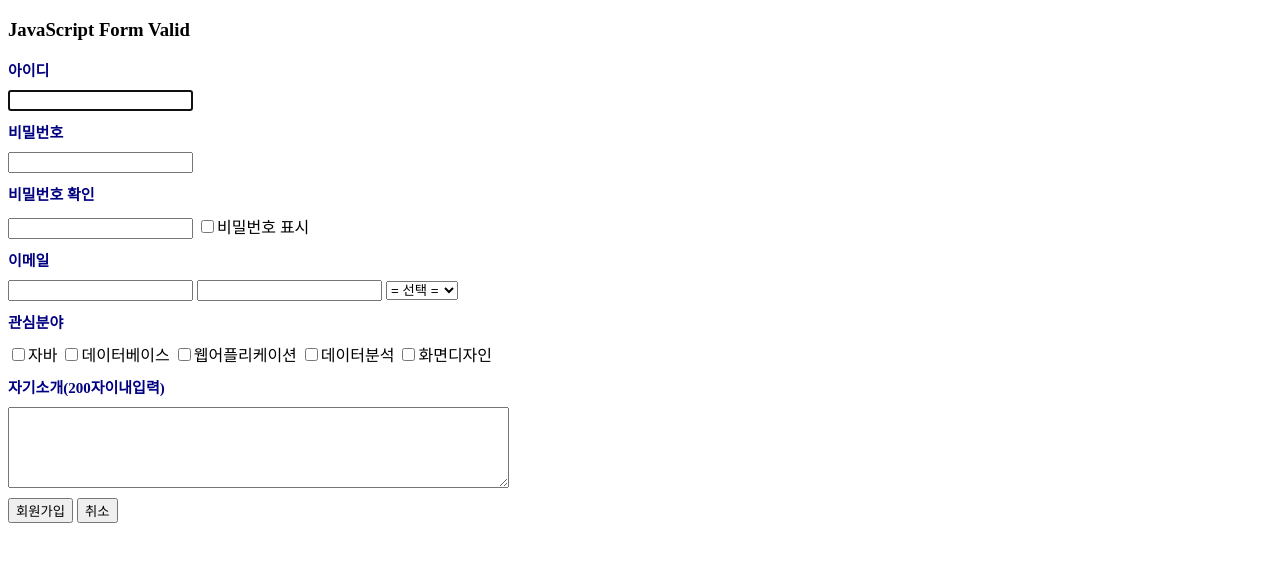
Repository: jelly02/workspace_web
Page: workspace_webui_LECTURE/08.js_form_valid/src/main/webapp/index.html
An editor plug-in stored every save of this project. The page is shown before and after the next save, followed by the edit.
The browser window is 1280 px wide. The pictures show the whole page.

Above is the page before, as saved 2021-07-01 03:43:33.
Console error: ReferenceError: readOnly is not defined

After the next save:
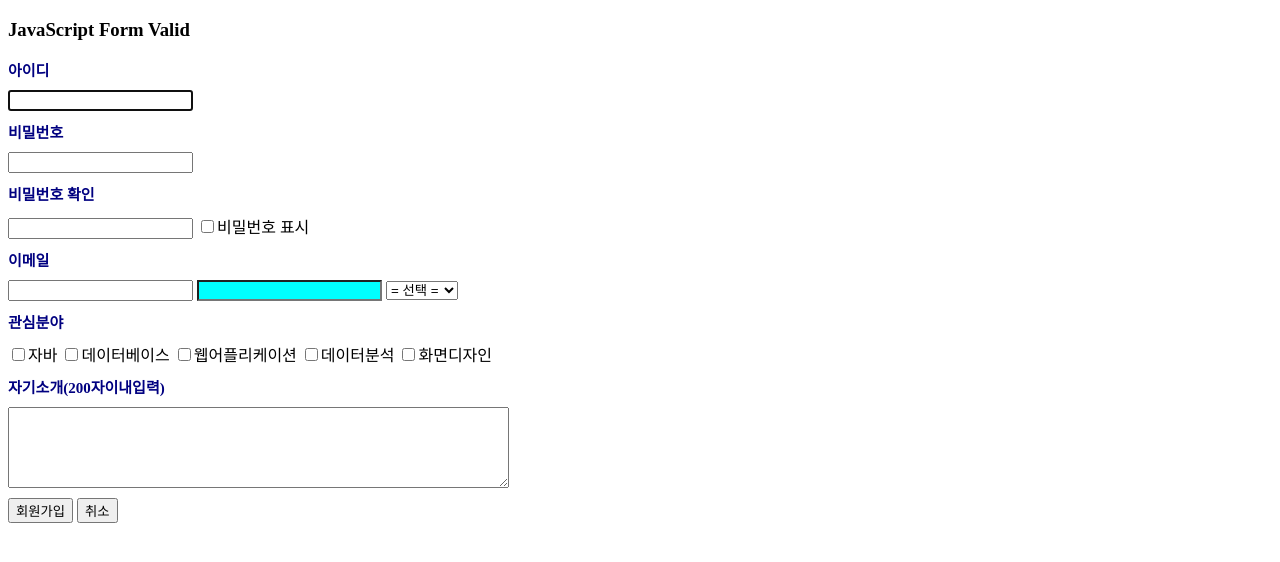
The error is gone.
Saved 54 s later.
--- a/workspace_webui_LECTURE/08.js_form_valid/src/main/webapp/index.html
+++ b/workspace_webui_LECTURE/08.js_form_valid/src/main/webapp/index.html
@@ -31,7 +31,7 @@
 		document.getElementById("memberId").focus();
 
 		// 이메일 도메인주소 읽기전용 설정
-		document.getElementById("email2").readOnly = readOnly;
+		document.getElementById("email2").readOnly = "readOnly";
 	}
 
 	/* reset button 이벤트 */
